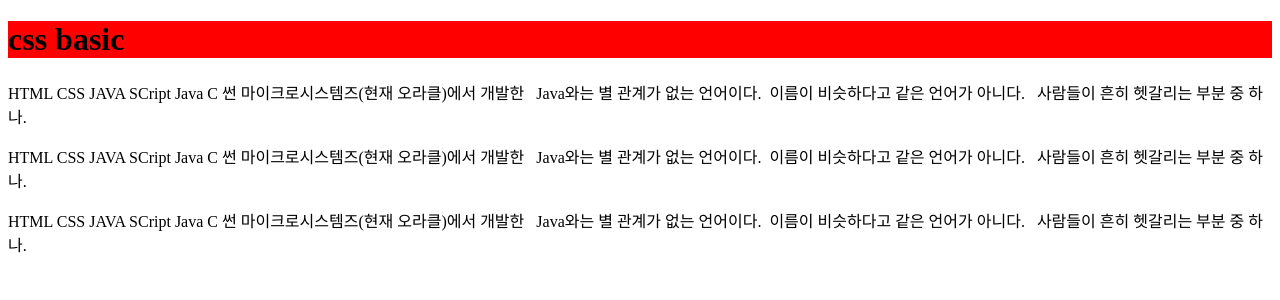
Repository: ssleap/multicampusIoT
Page: workspace190520/edu2/WebContent/test01.html
These files come from the project's save history. The page is drawn as it stood at one moment and after the next save; the edit follows.
The browser window is 1280 px wide. The pictures show the whole page.

Above is the page before, as saved 2019-05-22 05:35:08.

### workspace190520/edu2/WebContent/test01.html
<!DOCTYPE html>
<html>
<head>
<style>

	h1{

		background-color: red;

	}

</style>
<meta charset="UTF-8">
<meta name = "viewport" content ="width=device-width, initial-scale=1">
<title>css 기본</title>
</head>
<body>

	<h1>css basic</h1>
	<p>HTML CSS JAVA
	SCript
	Java
	C
	썬 마이크로시스템즈(현재 오라클)에서 개발한 &nbsp;
	Java와는 별 관계가 없는 언어이다.&nbsp;
	 이름이 비슷하다고 같은 언어가 아니다. &nbsp;
	 사람들이 흔히 헷갈리는 부분 중 하나. &nbsp;
	</p>
	<p>HTML CSS JAVA
	SCript
	Java
	C
	썬 마이크로시스템즈(현재 오라클)에서 개발한 &nbsp;
	Java와는 별 관계가 없는 언어이다.&nbsp;
	 이름이 비슷하다고 같은 언어가 아니다. &nbsp;
	 사람들이 흔히 헷갈리는 부분 중 하나. &nbsp;
	</p>
	<p>HTML CSS JAVA
	SCript
	Java
	C
	썬 마이크로시스템즈(현재 오라클)에서 개발한 &nbsp;
	Java와는 별 관계가 없는 언어이다.&nbsp;
	 이름이 비슷하다고 같은 언어가 아니다. &nbsp;
	 사람들이 흔히 헷갈리는 부분 중 하나. &nbsp;
	</p>

</body>
</html>

After the next save:
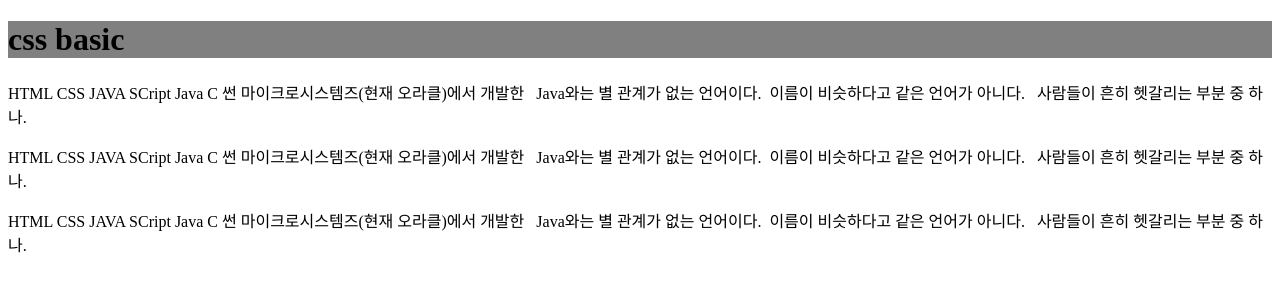
Saved 53 s later.
--- a/workspace190520/edu2/WebContent/test01.html
+++ b/workspace190520/edu2/WebContent/test01.html
@@ -5,7 +5,7 @@
 
 	h1{
 
-		background-color: red;
+		background-color: grey;
 
 	}
 
